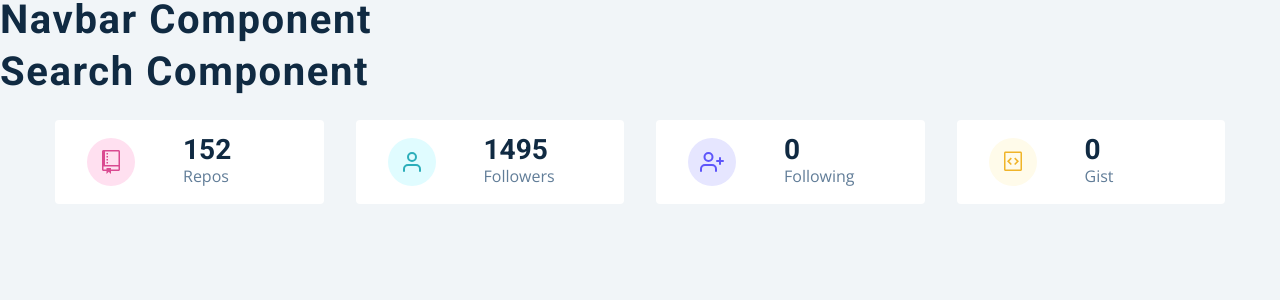
Repository: MateuszWorek/react-search-github-users
Page: /
The author's editor kept a copy of each file at every save. The page is drawn from the files as they stood at one save, then again after the next save.
The browser window is 1280 px wide. The pictures show the whole page.
The project was rebuilt for these pictures with package versions that can differ from the ones it lists, and the page was loaded fresh each time. Also part of the build but not shown: src/components/Charts/ExampleChart.js, src/components/Charts/Column3D.js, src/components/Charts/Bar3D.js, src/components/Charts/Pie3D.js, src/components/Charts/Doughnut2d.js, src/components/Charts/index.js, src/components/Repos.js, src/components/Card.js and 5 more.

Above is the page before, as saved 2021-01-26 19:03:20.

After the next save:
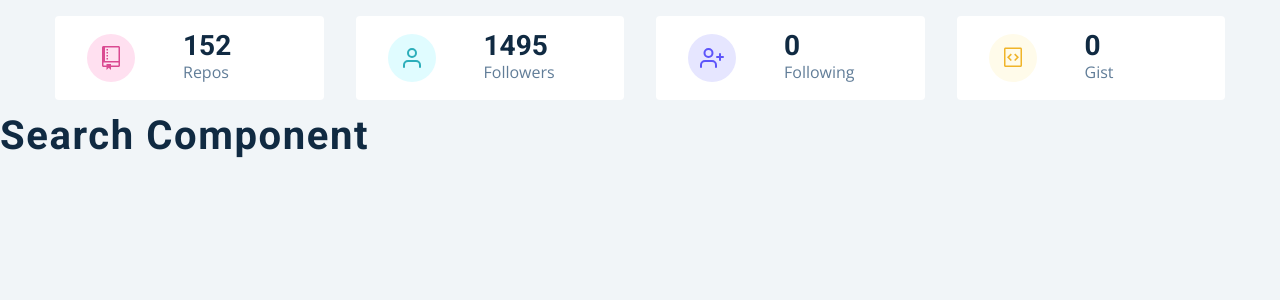
Saved 2 min 51 s later.
--- a/src/pages/Dashboard.js
+++ b/src/pages/Dashboard.js
@@ -5,9 +5,11 @@ import { GithubContext } from '../context/context';
 const Dashboard = () => {
   return (
     <main>
-      <Navbar></Navbar>
-      <Search></Search>
+      {/* <Navbar></Navbar> */}
+      {/* <Search></Search> */}
       <Info></Info>
+      <User></User>
+      {/* <Repos></Repos> */}
     </main>
   );
 };
